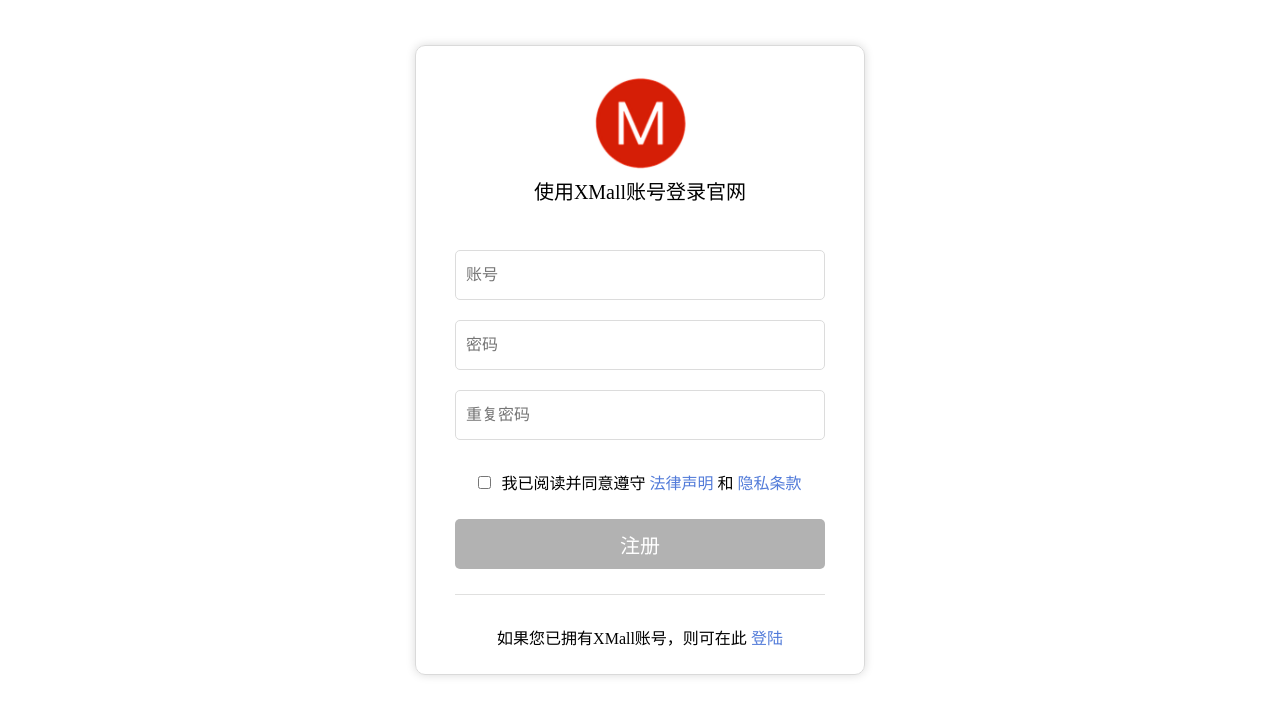
Repository: dingqihui1997/xmall-demo
Page: /signin
An editor plug-in stored every save of this project. The page is shown before and after the next save, followed by the edit.
The browser window is 1280 px wide. The pictures show the whole page.
The project was rebuilt for these pictures with package versions that can differ from the ones it lists, and the page was loaded fresh each time. Also part of the build but not shown: vue.config.js, src/views/Home.vue.

Above is the page before, as saved 2021-06-29 17:38:54.

After the next save:
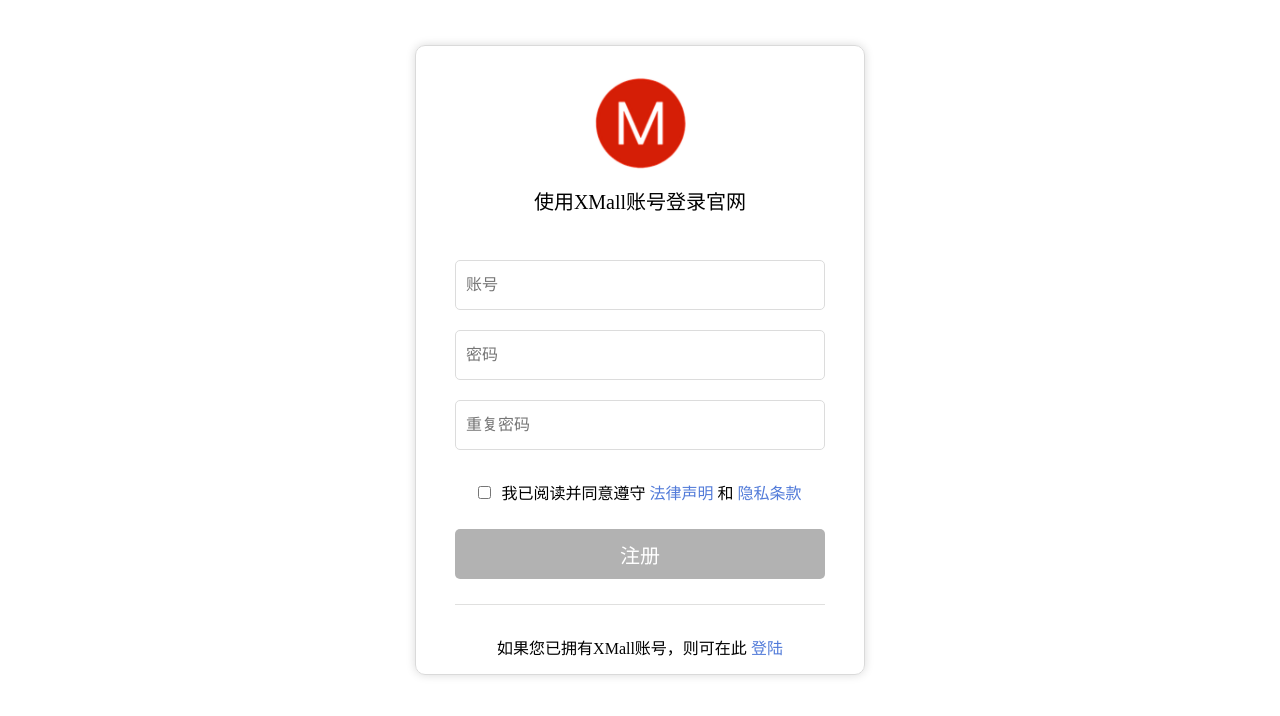
Saved 45 s later.
--- a/src/components/signin/Signin.vue
+++ b/src/components/signin/Signin.vue
@@ -131,6 +131,9 @@
   margin-bottom: 35px;
   padding-top: 25px;
 }
+.top img {
+  margin-bottom: 10px;
+}
 .ipt {
   width: 370px;
   height: 50px;
